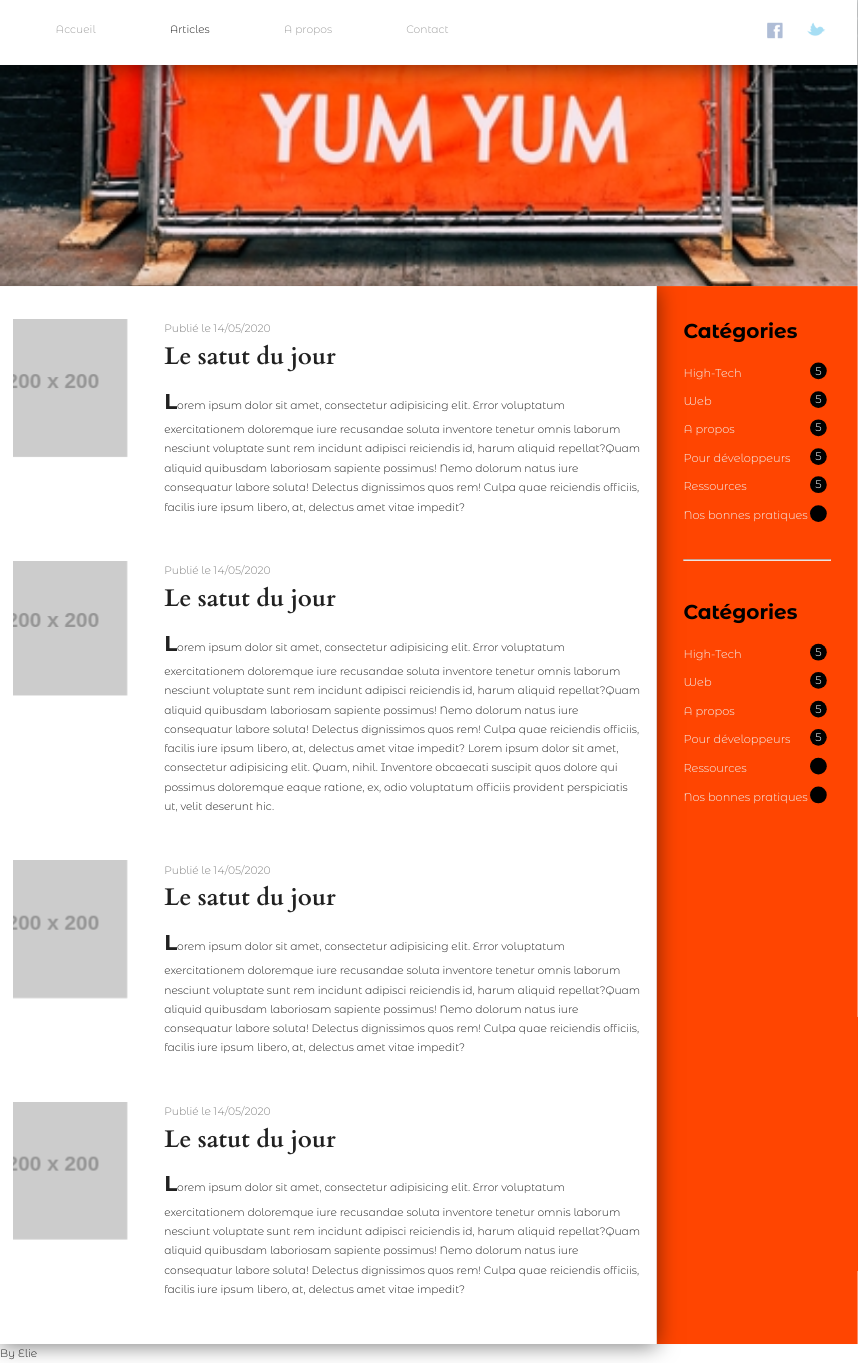
Repository: Elie-Dey/blog-train
Page: index.html
An editor plug-in stored every save of this project. The page is shown before and after the next save, followed by the edit.
The browser window is 1280 px wide. The pictures show the whole page, at 67% of full size.

Above is the page before, as saved 2020-06-18 23:45:44.

### index.html
<!DOCTYPE html>
<html lang="en">
<head>
    <meta charset="UTF-8">
    <meta name="viewport" content="width=device-width, initial-scale=1.0">
    <link href="https://fonts.googleapis.com/css2?family=Cardo:wght@400;700&family=Montserrat+Alternates:wght@300;700&display=swap" rel="stylesheet">
    <link rel="stylesheet" href="style.css">
    <title>Mon blog</title>
</head>
<body>
    <header class="topbar">
        <nav>
            <a href="index.html">Accueil</a>
            <a href="articles.html" class="active"> Articles</a>
            <a href="about.html">A propos</a>
            <a href="apropos.html">Contact</a>
        </nav>
        <div class="social">
            <a href="#"> <img src="images/fb.png" alt="Facebook"></a>
            <a href="#"> <img src="images/twitter.png" alt="Twitter"></a>
        </div>
    </header>
    <div class="banniere"></div>
    <div class="body">
        <main class="main">
            <div class="container">
             <article class="article">
                 <a href="article.html" class="article-img"><img src="https://via.placeholder.com/200" alt="article-image"/> </a>
                  <div class="article-date">Publié le 14/05/2020</div>
                  <h2 class="article-title">  <a href="article.html">    Le satut du jour</a>  </h2>
                  <p>
                      Lorem ipsum dolor sit amet, consectetur adipisicing elit. Error voluptatum exercitationem doloremque iure recusandae soluta inventore tenetur omnis laborum nesciunt voluptate sunt rem incidunt adipisci reiciendis id, harum aliquid repellat?Quam aliquid quibusdam laboriosam sapiente possimus! Nemo dolorum natus iure consequatur labore soluta!
                      Delectus dignissimos quos rem! Culpa quae reiciendis officiis, facilis iure ipsum libero, at, delectus amet vitae impedit?
                  </p>
              </article>
              <article class="article">
                  <a href="article.html" class="article-img"><img src="https://via.placeholder.com/200" alt="article-image"/> </a>
                   <div class="article-date">Publié le 14/05/2020</div>
                   <h2 class="article-title">  <a href="article.html">    Le satut du jour</a>  </h2>
                   <p>
                       Lorem ipsum dolor sit amet, consectetur adipisicing elit. Error voluptatum exercitationem doloremque iure recusandae soluta inventore tenetur omnis laborum nesciunt voluptate sunt rem incidunt adipisci reiciendis id, harum aliquid repellat?Quam aliquid quibusdam laboriosam sapiente possimus! Nemo dolorum natus iure consequatur labore soluta!
                       Delectus dignissimos quos rem! Culpa quae reiciendis officiis, facilis iure ipsum libero, at, delectus amet vitae impedit?
                       Lorem ipsum dolor sit amet, consectetur adipisicing elit. Quam, nihil. Inventore obcaecati suscipit quos dolore qui possimus doloremque eaque ratione, ex, odio voluptatum officiis provident perspiciatis ut, velit deserunt hic.
                   </p>
               </article>
               <article class="article">
                  <a href="article.html" class="article-img"><img src="https://via.placeholder.com/200" alt="article-image"/> </a>
                   <div class="article-date">Publié le 14/05/2020</div>
                   <h2 class="article-title">  <a href="article.html">    Le satut du jour</a>  </h2>
                   <p>
                       Lorem ipsum dolor sit amet, consectetur adipisicing elit. Error voluptatum exercitationem doloremque iure recusandae soluta inventore tenetur omnis laborum nesciunt voluptate sunt rem incidunt adipisci reiciendis id, harum aliquid repellat?Quam aliquid quibusdam laboriosam sapiente possimus! Nemo dolorum natus iure consequatur labore soluta!
                       Delectus dignissimos quos rem! Culpa quae reiciendis officiis, facilis iure ipsum libero, at, delectus amet vitae impedit?
                   </p>
               </article>
               <article class="article">
                  <a href="article.html" class="article-img"><img src="https://via.placeholder.com/200" alt="article-image"/> </a>
                   <div class="article-date">Publié le 14/05/2020</div>
                   <h2 class="article-title">  <a href="article.html">    Le satut du jour</a>  </h2>
                   <p>
                       Lorem ipsum dolor sit amet, consectetur adipisicing elit. Error voluptatum exercitationem doloremque iure recusandae soluta inventore tenetur omnis laborum nesciunt voluptate sunt rem incidunt adipisci reiciendis id, harum aliquid repellat?Quam aliquid quibusdam laboriosam sapiente possimus! Nemo dolorum natus iure consequatur labore soluta!
                       Delectus dignissimos quos rem! Culpa quae reiciendis officiis, facilis iure ipsum libero, at, delectus amet vitae impedit?
                   </p>
               </article>
            </div>
         </main>

    <aside class="sidebar">
        <h4 class="sidebar-title">Catégories</h4>
        <ul>
            <li><a href="#" data-count="5">High-Tech</a></li>
            <li><a href="#" data-count="5">Web</a></li>
            <li><a href="#" data-count="5">A propos</a></li>
            <li><a href="#" data-count="5">Pour développeurs </a></li>
            <li><a href="#" data-count="5">Ressources</a></li>
            <li><a href="#">Nos bonnes pratiques</a></li>
        </ul>
        <hr>
        <h4 class="sidebar-title">Catégories</h4>
        <ul>
            <li><a href="#" data-count="5">High-Tech</a></li>
            <li><a href="#" data-count="5">Web</a></li>
            <li><a href="#" data-count="5">A propos</a></li>
            <li><a href="#" data-count="5">Pour développeurs</a></li>
            <li><a href="#">Ressources</a></li>
            <li><a href="#">Nos bonnes pratiques</a></li>
        </ul>


    </aside>
</div>
    <footer class="footer">
        By Elie
    </footer>
</body>
</html>

### style.css
/*
* Prefixed by https://autoprefixer.github.io
* PostCSS: v7.0.29,
* Autoprefixer: v9.7.6
* Browsers: last 4 version,ie > 8
*/

*{
    -webkit-box-sizing: border-box;
            box-sizing: border-box;
}
body, html
{
    margin: 0;
    font-size: 16px;
    font-family: 'Montserrat Alternates', sans-serif;
    color: rgba(0, 0, 0, .87);
    line-height: 1.8;

}
.topbar{

    position: fixed;
    top: 0;
    right: 0;
    left: 0;
    width: 100%;
    background-color: white;
    padding: 30px ;
    z-index: 3;
    font-family: 'Montserrat Alternates', sans-serif;
    font-weight: 700;
    -webkit-box-shadow: 0 4px 30px rgba(0, 0, 0, .5);
            box-shadow: 0 4px 30px rgba(0, 0, 0, .5);

}
.topbar nav{
    float: left;

}
.topbar nav a {
    color: #9f9f9f;
    text-decoration: none;
    font-weight: 500;
    padding: 0 53px;
}

.topbar nav a:hover , .topbar nav a.active{
    color:  rgba(0, 0, 0, .87);
}

 .social {
    float: right;
}

.social a
{
    padding: 0 12px;
    opacity: .4;
}
.social a:hover
{
    opacity: 1;
}

.banniere {
    height: 427px;
    background: no-repeat center center / cover url("images/banniere.jpg");
}
.body
{
    display: -webkit-box;
    display: -ms-flexbox;
    display: flex;
}
.main
{

    width: calc(100% - 300px);
    background: white;
    -webkit-box-shadow: 0 4px 30px rgba(0, 0, 0, .5);
            box-shadow: 0 4px 30px rgba(0, 0, 0, .5);
    position: relative;
    z-index: 2;


}
.sidebar
{

    background:rgb(255, 69, 1);
    width: 300px;
    padding: 40px;
    font-size: 17px;
    font-weight: 300;
    position: relative;
    z-index: 1;
}
/* .sidebar ul
{
    counter-reset: sidebarlist;
}

.sidebar li::before
{
    counter-increment: sidebarlist;
    content: counter(sidebarlist) ". ";
} */

.sidebar-title
{
    font-size: 30px;
    color: black;
    margin: 20px 0;
}
.sidebar a
{
    text-decoration: none;
    color: rgb(243, 241, 239);

}
.sidebar ul
{
    margin: 0;
    padding: 0;
    list-style: none;

}
.sidebar li
{
    padding: 6px 6px 6px 0;
}
.sidebar li a::after
{
    content: attr(data-count);
    float:right;
    background: black;
    color:white;
    width: 25px;
    height: 25px;
    line-height: 25px;
    text-align: center;
    border-radius: 50%;
}
.sidebar li:first-child
{
    padding-top: 0;
}

.sidebar li:last-child
{
    padding-bottom: 0;
}
.sidebar a:hover
{
    text-decoration: underline;
}

.sidebar hr
{
    border-color:none;
    background: white;
    height: 1px;
    margin: 50px 0;


}

.sidebar-title:first-child
{
    margin-top: 0;
}


.article
{
    position: relative;
    overflow: hidden;
    margin: 50px 0;
    padding-left: 225px;
    min-height: 225px;
    perspective: 500px;

}


.article p
{
    font-family: 'Montserrat Alternates', sans-serif;
    font-weight: 500;
}
.article p::first-letter
{
    font-size: 2em;
    font-weight: bold;
}
.container
{
    max-width: 940px;
    margin: 0 auto;
}
.article a
{
    color: inherit;
    text-decoration: none;
}
.article a:hover
{
    text-decoration: underline;
}
.article-img
{
    position: absolute;
    left: 0;
    top: 0;
    width: 200px;
    margin-right: 25px;

    transform: translate3d(0, 0, 50px);

}


.article-title
 {
    font-size: 2.25rem;
    line-height: 1.2;
    font-family: "Cardo", serif;
    margin: 0 0 15px 0;
 }
.article-date
{
    font-weight: 300;
    color: rgba(0, 0, 0, .5);
    margin-bottom: 5px;
}
.article-img img
{
    width: 100%;
    height: auto;
}
.footer
{
    clear: both;
}

After the next save:
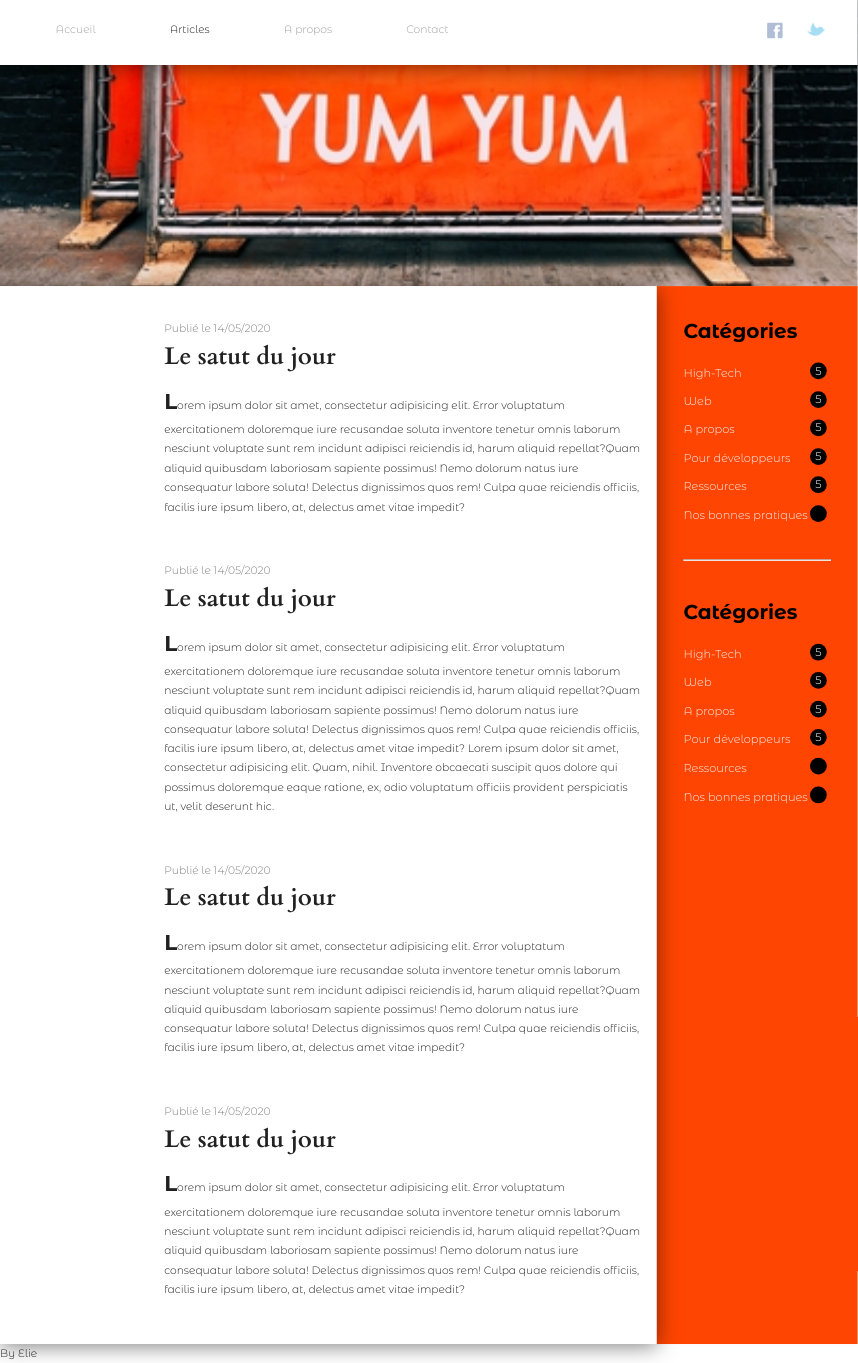
Saved 18 s later.
--- a/style.css
+++ b/style.css
@@ -179,7 +179,7 @@
     margin: 50px 0;
     padding-left: 225px;
     min-height: 225px;
-    perspective: 500px;
+    perspective: 10px;
 
 }
 

After the 2 saves that followed:
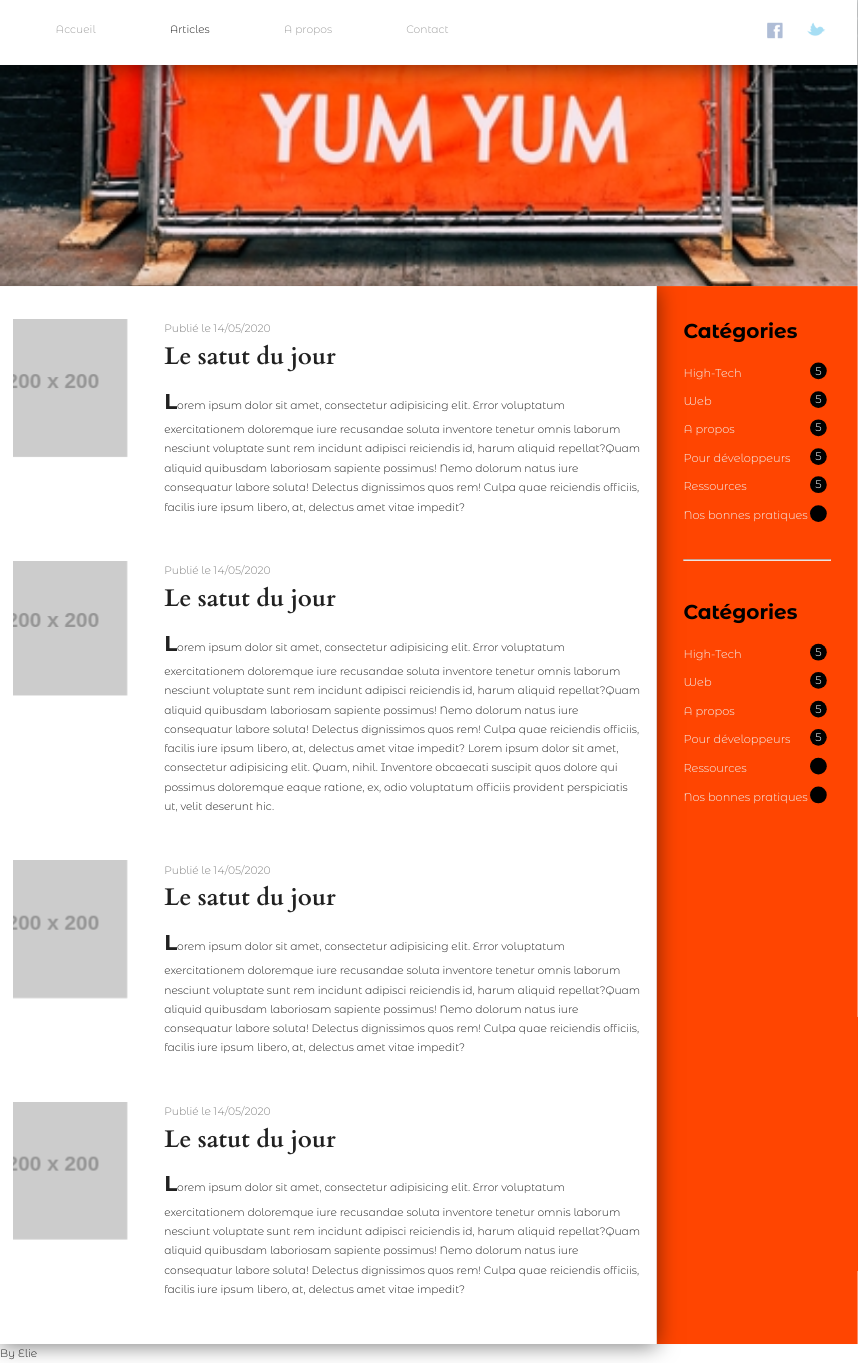
The 2 saves are shown as one change because 1 left the picture as it was.
The last was saved 26 s later.
--- a/style.css
+++ b/style.css
@@ -179,7 +179,7 @@
     margin: 50px 0;
     padding-left: 225px;
     min-height: 225px;
-    perspective: 10px;
+    perspective: 500px;
 
 }
 
